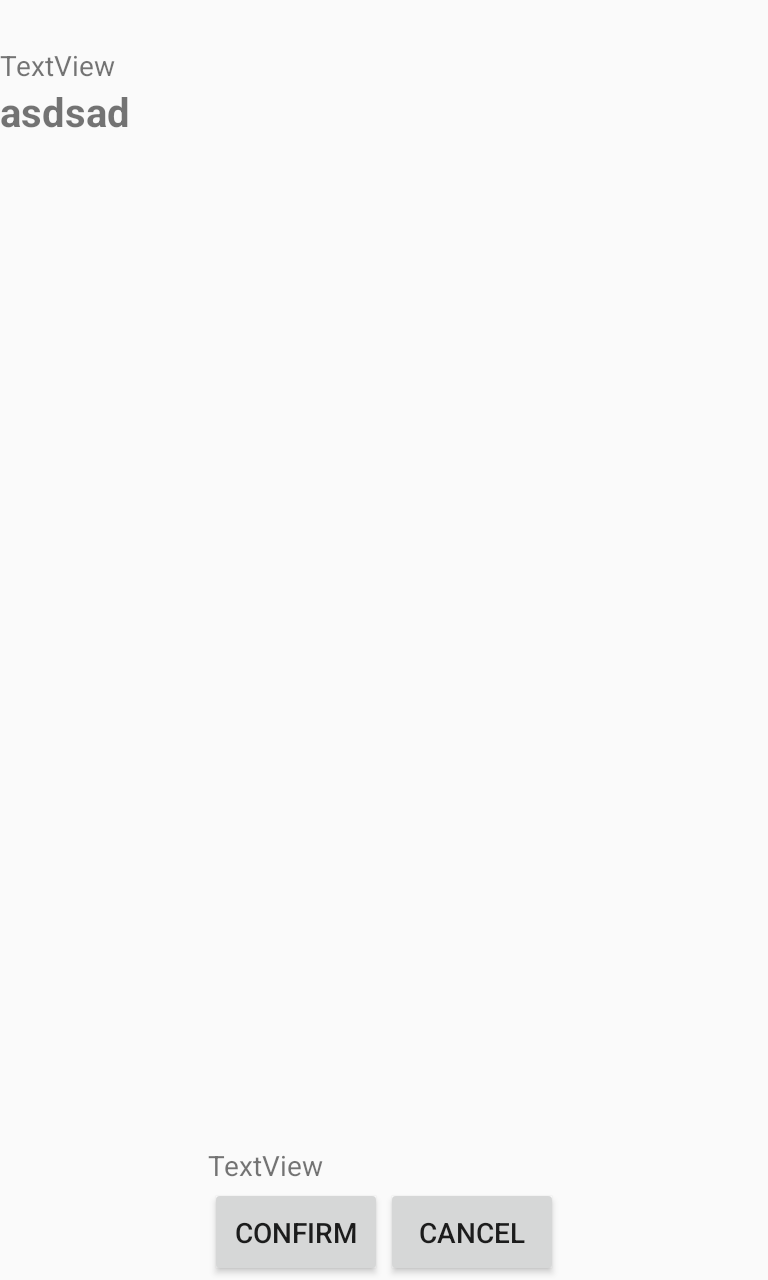
Repository: TeamZhao/Assignment-Tracker
Layout: AssignmentTracker/res/layout/activity_delete_semester_confirmation.xml
These files come from the project's save history. The layout is drawn as it stood at one moment and after the next save; the edit follows.
It is drawn on a 768 x 1280 px phone screen (xhdpi) without system bars, with theme AppTheme; the app's code is not run.

Above is the layout before, as saved 2014-11-15 06:35:24.

After the next save:
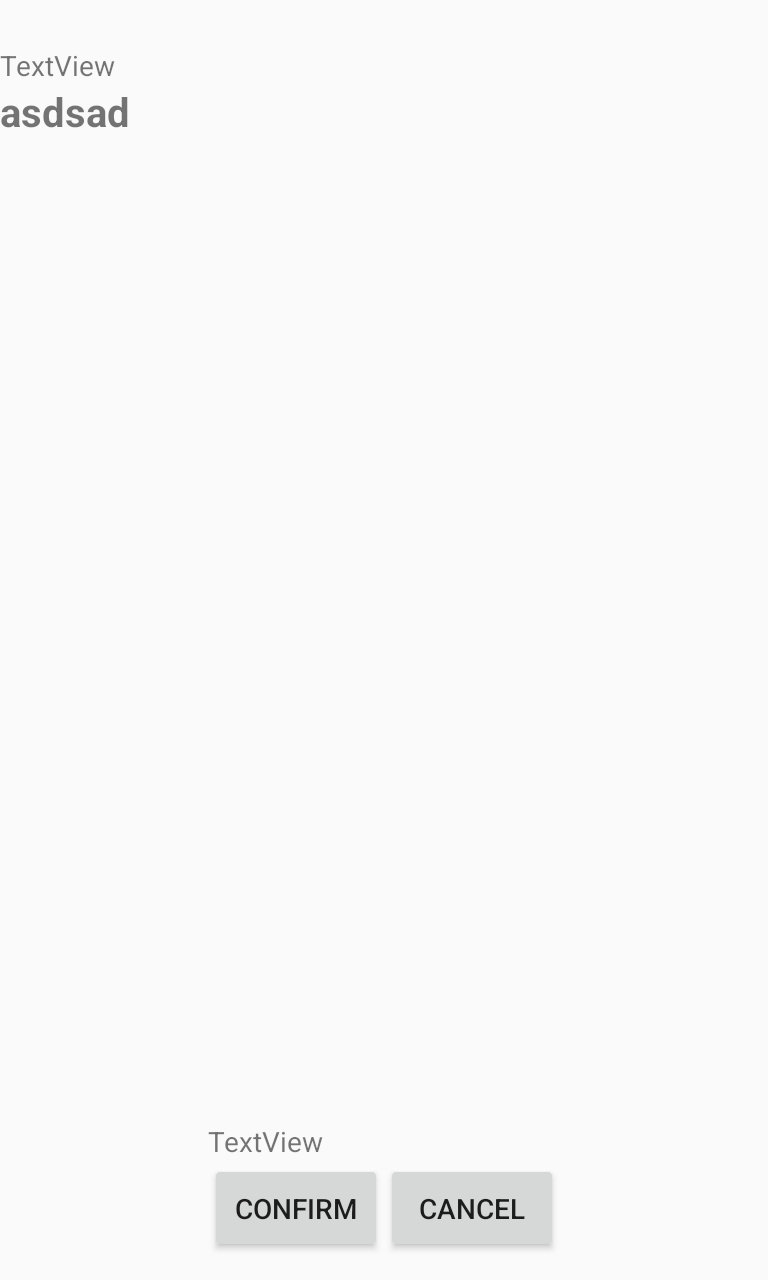
Saved 3 min 33 s later.
--- a/AssignmentTracker/res/layout/activity_delete_semester_confirmation.xml
+++ b/AssignmentTracker/res/layout/activity_delete_semester_confirmation.xml
@@ -62,9 +62,8 @@
         android:id="@+id/tableRow3"
         android:layout_width="wrap_content"
         android:layout_height="wrap_content"
-        android:layout_gravity="center_horizontal"
         android:layout_weight="1"
-        android:gravity="center_horizontal|bottom" >
+        android:gravity="center" >
 
         <LinearLayout
             android:layout_width="wrap_content"
@@ -73,7 +72,7 @@
 
             <TextView
                 android:id="@+id/textView_ContinueNotice"
-                android:layout_width="wrap_content"
+                android:layout_width="match_parent"
                 android:layout_height="wrap_content"
                 android:text="TextView" />
 
